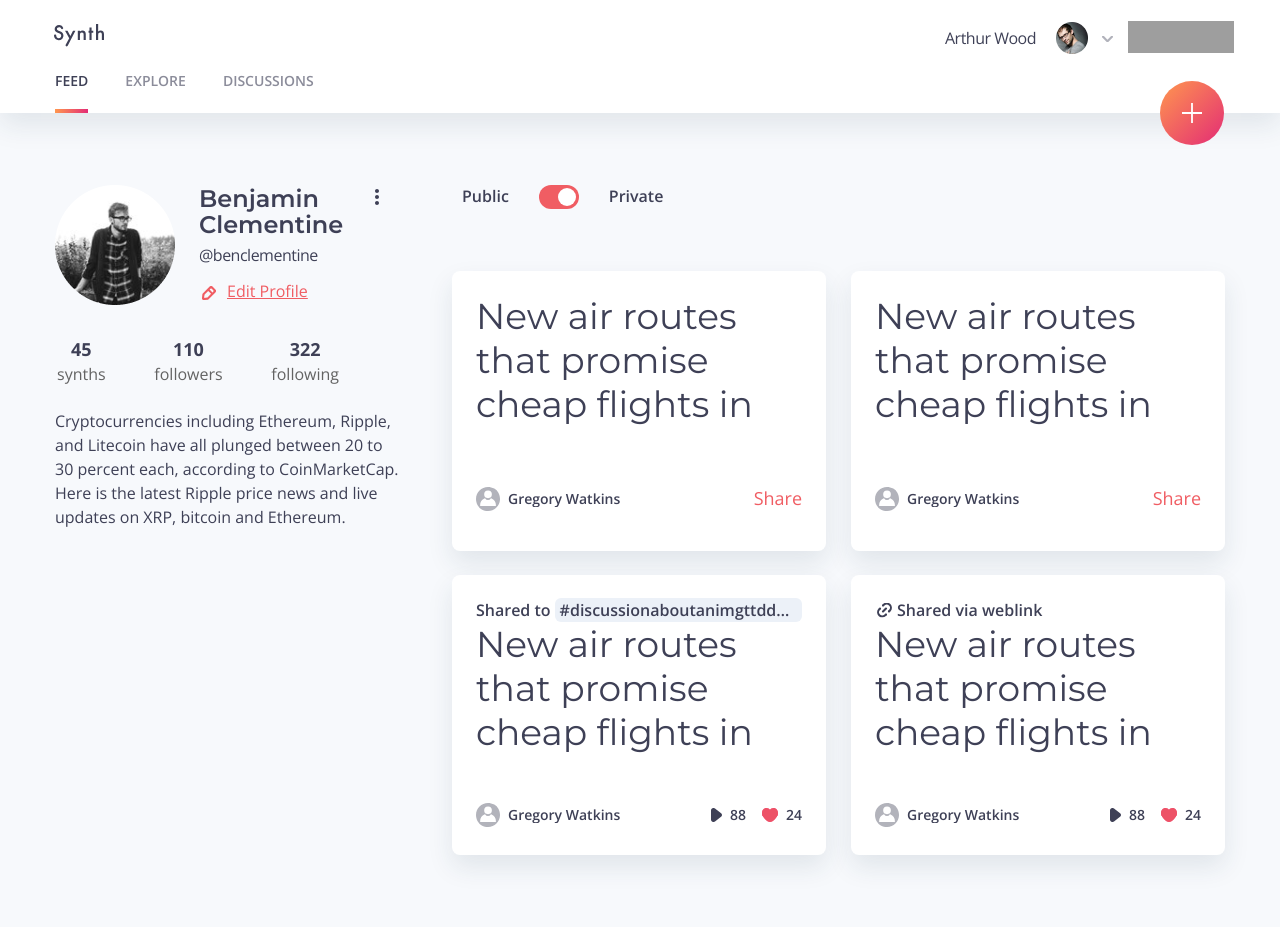
Repository: ecspetra/swivl-test-task
Page: index.html
The author's editor kept a copy of each file at every save. The page is drawn from the files as they stood at one save, then again after the next save.
The browser window is 1280 px wide. The pictures show the whole page.
Pictures or frames that could not be fetched are drawn as grey boxes. The style sheet was rebuilt from its Sass, Less or Tailwind sources for each picture, by a compiler version that may differ from the author's.

Above is the page before, as saved 2021-12-11 10:39:34.

After the next save:
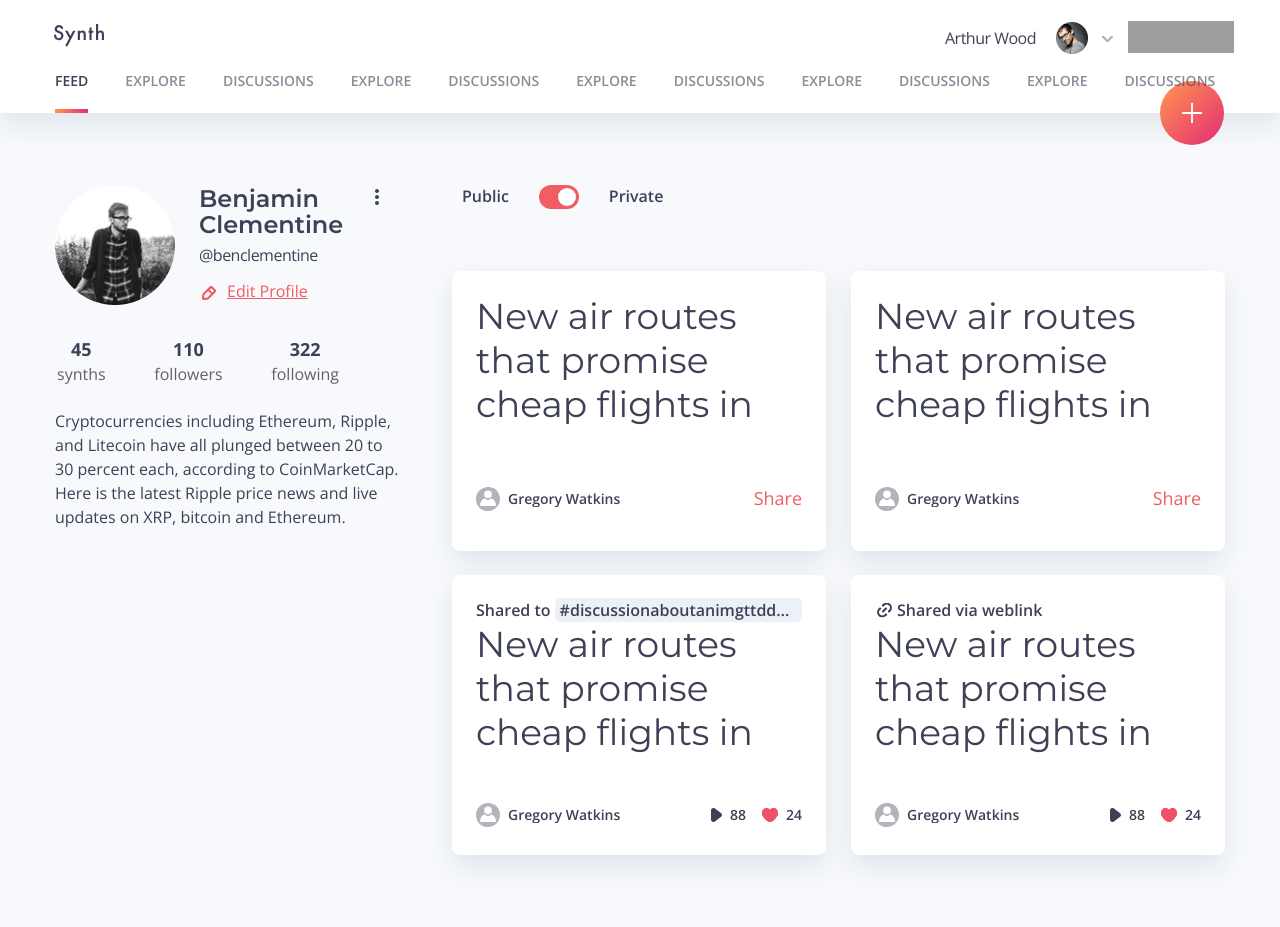
Saved 47 s later.
--- a/index.html
+++ b/index.html
@@ -53,6 +53,14 @@
                     <li><a href="#" class="navigation-list__item navigation-list__item__active">Feed</a></li>
                     <li><a href="#" class="navigation-list__item">Explore</a></li>
                     <li><a href="#" class="navigation-list__item">Discussions</a></li>
+                    <li><a href="#" class="navigation-list__item">Explore</a></li>
+                    <li><a href="#" class="navigation-list__item">Discussions</a></li>
+                    <li><a href="#" class="navigation-list__item">Explore</a></li>
+                    <li><a href="#" class="navigation-list__item">Discussions</a></li>
+                    <li><a href="#" class="navigation-list__item">Explore</a></li>
+                    <li><a href="#" class="navigation-list__item">Discussions</a></li>
+                    <li><a href="#" class="navigation-list__item">Explore</a></li>
+                    <li><a href="#" class="navigation-list__item">Discussions</a></li>
                 </ul>
             </nav>
         </div>
